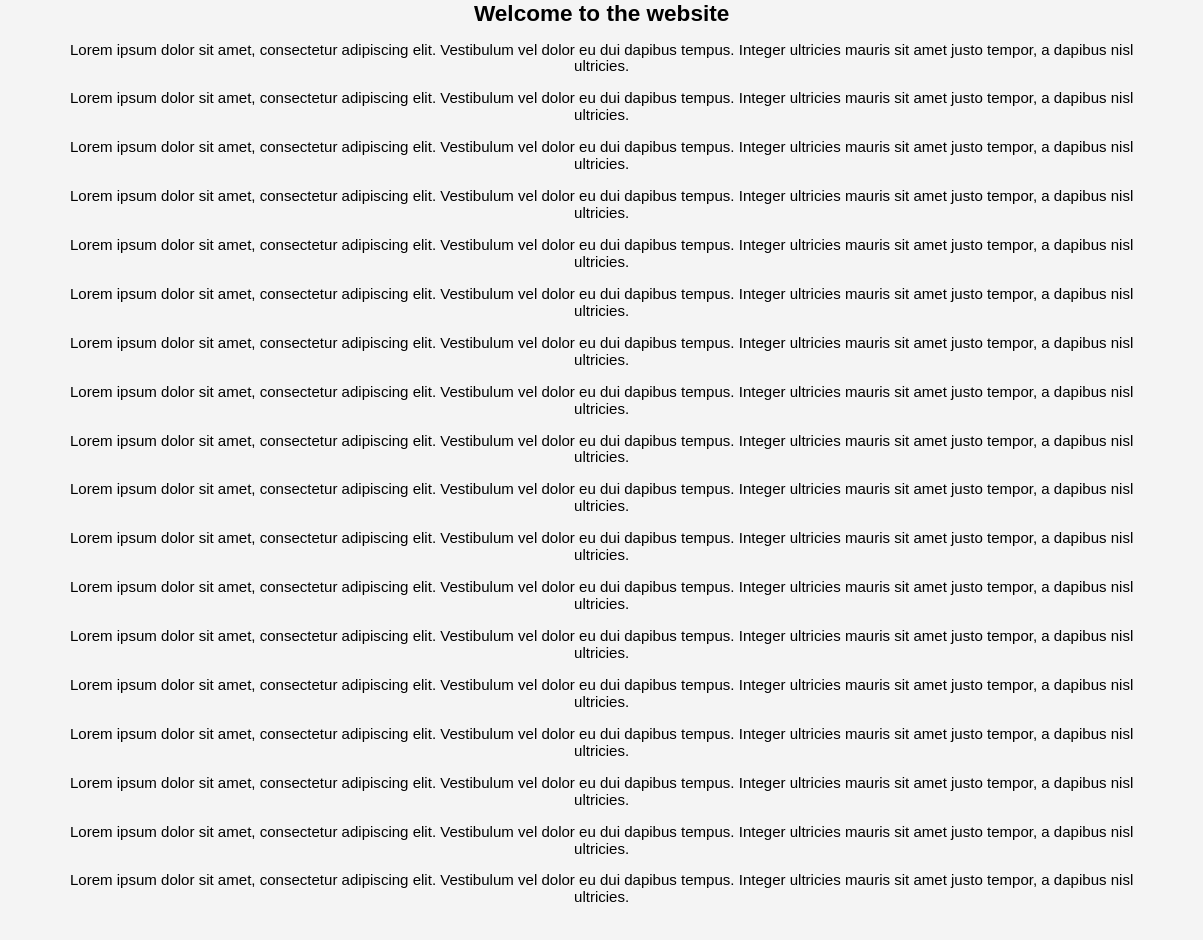
Repository: JoyMoGas/HelujaArc
Page: http://localhost/
An editor plug-in stored every save of this project. The page is shown before and after the next save, followed by the edit.
The browser window is 1280 px wide. The pictures show the part of the page from y = 500 to 1534 px (the page is 1500 px tall before and 1534 px after), at 94% of full size.
Backgrounds fixed to the window are drawn as part of the page. The page is served by the project's application, run on Flask 3 (run.py).

Above is the page before, as saved 2024-08-11 17:45:07.

After the next save:
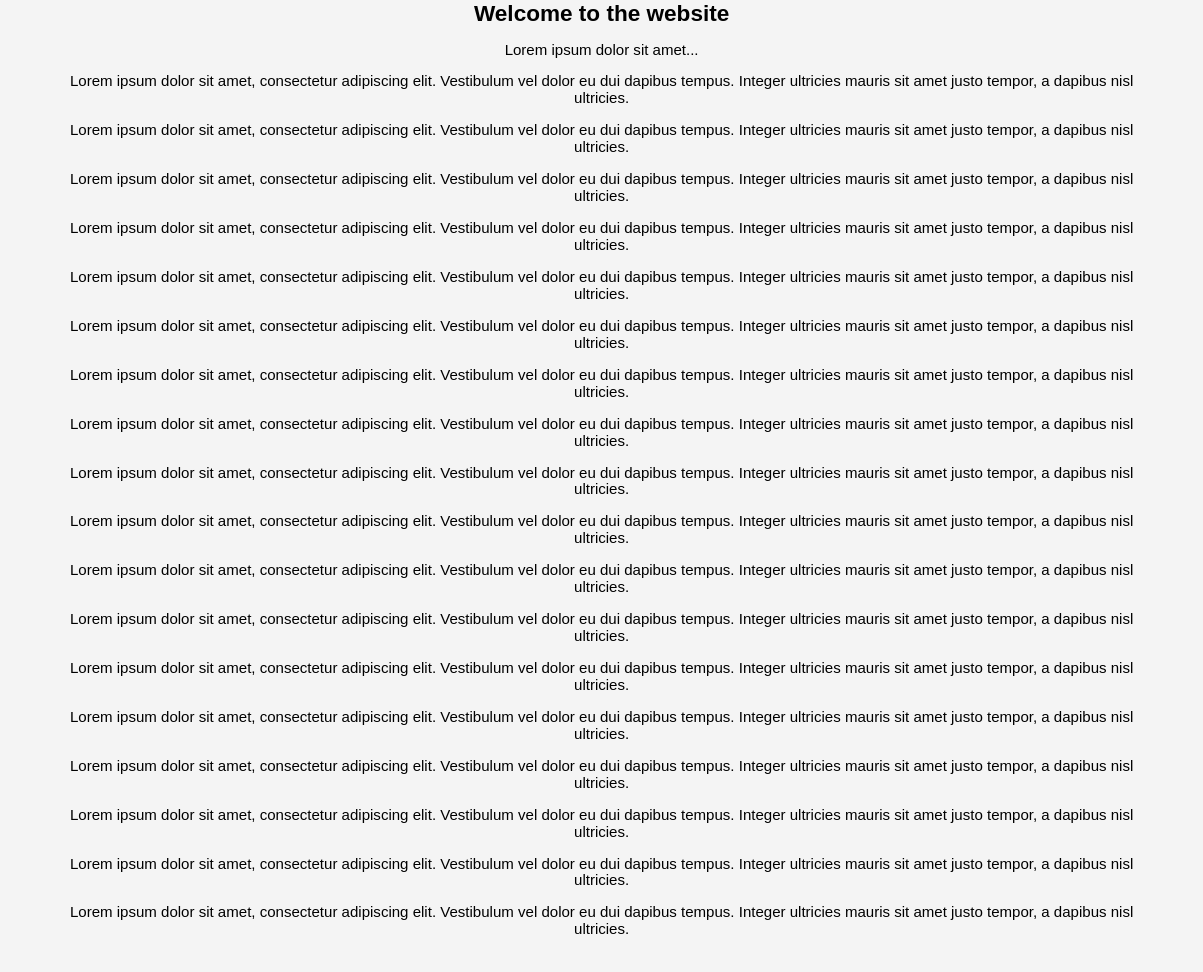
Saved 3 min 3 s later.
--- a/templates/index.html
+++ b/templates/index.html
@@ -8,9 +8,8 @@
 </head>
 <body>
     <header class="navbar">
-        <img id="logo" src="{{ url_for('static', filename='logo.png') }}" alt="Logo">
         <div class="navbar-content">
-
+            <img id="logo" src="{{ url_for('static', filename='logo.png') }}" alt="Logo">
             <nav>
                 <ul>
                     <li><a href="#">Home</a></li>
@@ -20,15 +19,12 @@
             </nav>
         </div>
     </header>
-    <div id="demoBox">
-
-    </div>
+    <div id="demoBox"></div>
     <main>
-
         <section class="content">
-
             <h1>Welcome to the website</h1>
-            <!-- Content goes here -->
+            <p>Lorem ipsum dolor sit amet...</p>
+            <!-- Additional content... -->
             <p>Lorem ipsum dolor sit amet, consectetur adipiscing elit. Vestibulum vel dolor eu dui dapibus tempus. Integer ultricies mauris sit amet justo tempor, a dapibus nisl ultricies.</p>
             <p>Lorem ipsum dolor sit amet, consectetur adipiscing elit. Vestibulum vel dolor eu dui dapibus tempus. Integer ultricies mauris sit amet justo tempor, a dapibus nisl ultricies.</p>
             <p>Lorem ipsum dolor sit amet, consectetur adipiscing elit. Vestibulum vel dolor eu dui dapibus tempus. Integer ultricies mauris sit amet justo tempor, a dapibus nisl ultricies.</p>
